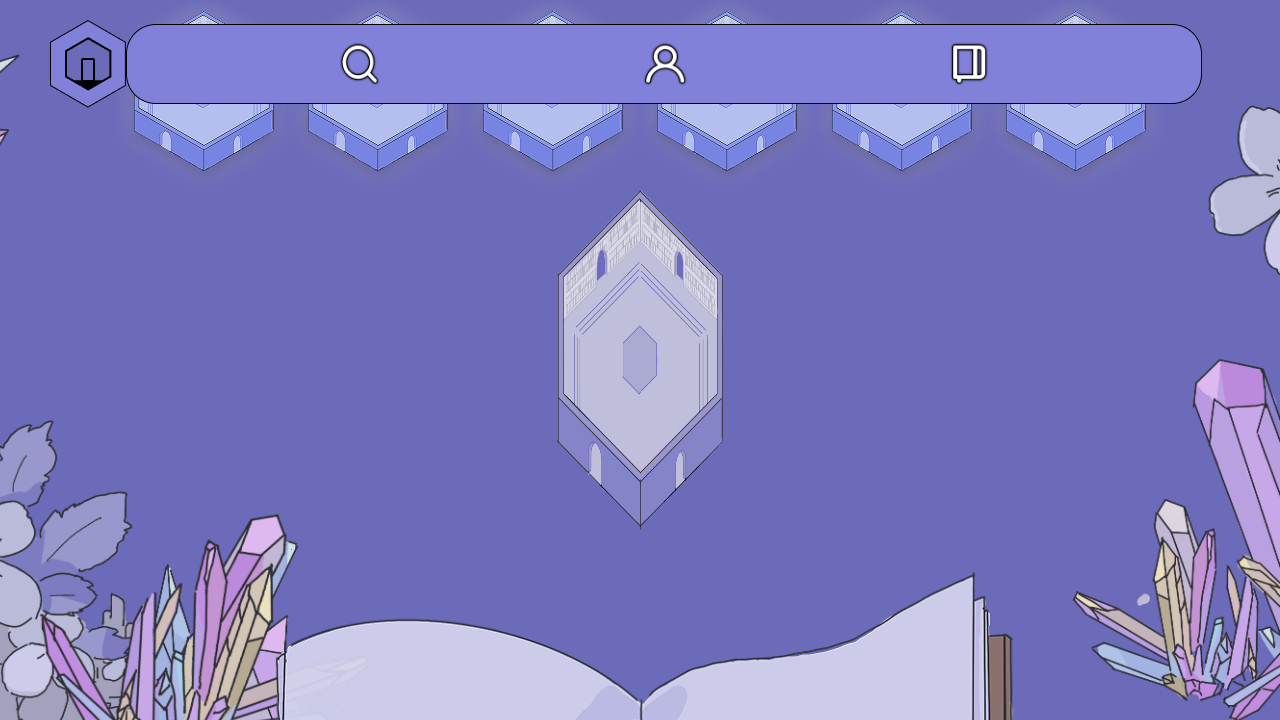
Repository: carolmmc/BabelLibrary
Page: find.html
An editor plug-in stored every save of this project. The page is shown before and after the next save, followed by the edit.
The browser window is 1280 px wide. The pictures show the window.
A layer covers the whole window, so only the first screen is drawn.

Above is the page before, as saved 2025-05-09 21:02:56.

### find.html
<!DOCTYPE html>
<html lang="zh-CN">
<head>
    <meta charset="UTF-8">
    <meta name="viewport" content="width=device-width, initial-scale=1.0">
    <style>
        * {
            margin: 0;
            padding: 0;
            box-sizing: border-box;
        }

        body {
            background: #6C6BB9;
            min-height: 100vh;
            font-family: 'PingFang SC', 'Microsoft YaHei', sans-serif;
        }

        .header {
            display: flex;
            justify-content: space-between;
            align-items: center;
            padding: 20px 50px;
            position: fixed;
            top: 0;
            left: 0;
            right: 0;
            z-index: 100;
        }

        .logo {
            width: 75.892px;
            height: 87.633px;
            flex-shrink: 0;
            object-fit: contain; /* 保持图片比例 */
        }

        /* 导航栏容器 */
        .nav-container {
            position: relative;
            width: 1076px;
            height: 80px;
        }

        /* 导航图标容器 */
        .nav-icons {
            position: absolute;
            top: 50%;
            left: 50%;
            transform: translate(-50%, -50%);
            display: flex;
            justify-content: space-between; /* 改用 space-between 实现均匀分布 */
            width: 60%; /* 控制图标分布的整体宽度范围 */
            z-index: 2;
        }

        /* 导航图标通用样式 */
        .nav-icon {
            flex-shrink: 0;
            cursor: pointer;
            filter: drop-shadow(0px 0px 1px #000);
            transition: transform 0.3s ease; /* 将过渡效果移到这里 */
        }

        /* 搜索图标 */
        .find-icon {
            width: 37px;
            height: 39px;
        }

        /* 我的图标 */
        .mine-icon {
            width: 40px;
            height: 39px;
        }

        /* 书架图标 */
        .shelf-icon {
            width: 34px;
            height: 39px;
        }

        /* 图标悬停效果 */
        .nav-icon:hover {
            transform: scale(1.1);
        }

        .content-center {
            position: absolute;
            top: 50%;
            left: 50%;
            transform: translate(-50%, -50%);
            text-align: center;
            width: 100%;
            display: flex;
            justify-content: center;
            align-items: center;
            height: 100vh;
        }

        .find-image-container {
            display: flex;
            width: 800px;  /* 增加宽度 */
            height: 800px; /* 增加高度，保持近似正方形 */
            flex-direction: column;
            justify-content: center;
            align-items: center;
            flex-shrink: 0;
            aspect-ratio: 1/1;  /* 修改为正方形比例 */
            padding: 20px;  /* 添加内边距 */
        }

        .find-main-image {
            width: 70%;
            height: 70%;
            position: relative;
            z-index: 2;
            cursor: pointer;
            transition: all 0.3s ease;
        }

        .find-main-image:hover {
            transform: scale(1.05);
        }

        .sub-images {
            position: absolute;
            top: 50%;
            left: 50%;
            transform: translate(-50%, -50%);
            width: 100%;
            height: 100%;
        object-fit: contain;
            filter: drop-shadow(0 0 10px rgba(255, 255, 255, 0.3));  /* 添加微光效果 */
}

        /* 底部装饰图样式 */
        .bottom-decoration {
            position: fixed;
            bottom: 0;
            left: 50%;
            transform: translateX(-50%);  /* 居中定位 */
            width: 1526px;  /* 使用原始宽度 */
            height: 859px;  /* 使用原始高度 */
            background: url('homepage frame1.png') bottom center no-repeat;
            background-size: contain;  /* 确保图片完整显示 */
            z-index: 1;
            animation: breath-animation 4s ease-in-out infinite;
        }

        /* 添加第二个装饰图样式 */
        .decoration-frame2 {
            position: fixed;
            bottom: 0;
            left: 50%;
            transform: translateX(-50%);
            width: 775px;
            height: 155px;
            flex-shrink: 0;
            aspect-ratio: 5/1;
            background: url('homepageframe2.png') center no-repeat;
            background-size: contain;
            z-index: 2; /* 确保显示在第一个装饰图之上 */
            animation: breath-animation 4s ease-in-out infinite;
        }

        /* 修改呼吸动画 */
        @keyframes breath-animation {
            0%, 100% {
                opacity: 0.9;
                transform: translateX(-50%) scale(1);  /* 保持居中的同时缩放 */
            }
            50% {
                opacity: 1;
                transform: translateX(-50%) scale(1.02);
            }
        }
    </style>
</head>
<body>
    <header class="header">
        <img src="logo.png" alt="巴别插画 Logo" class="logo">
        <div class="nav-container">
            <img src="navigate background.png" alt="导航栏" class="nav-background">
            <div class="nav-icons">
                <img src="find.png" alt="搜索" class="nav-icon find-icon">
                <img src="mine.png" alt="我的" class="nav-icon mine-icon">
                <img src="shelf.png" alt="书架" class="nav-icon shelf-icon">
            </div>
        </div>
        <div style="width: 150px;"></div>
    </header>

    <div class="content-center">
        <div class="find-image-container">
            <img src="find1.png" alt="查找" class="find-main-image" id="mainImage">
            <div class="sub-images">
                <img src="find2.png" alt="查找2-1" class="sub-image">
                <img src="find2.png" alt="查找2-2" class="sub-image">
                <img src="find2.png" alt="查找2-3" class="sub-image">
                <img src="find2.png" alt="查找2-4" class="sub-image">
                <img src="find2.png" alt="查找2-5" class="sub-image">
                <img src="find2.png" alt="查找2-6" class="sub-image">
            </div>
        </div>
    </div>
    <div class="bottom-decoration"></div>
    <div class="decoration-frame2"></div>
    <script>
        document.addEventListener('DOMContentLoaded', function() {
            const mainImage = document.getElementById('mainImage');
            const subImages = document.querySelectorAll('.sub-image');
            let isExpanded = false;

            mainImage.addEventListener('click', function() {
                if (!isExpanded) {
                    // 显示所有小图
                    subImages.forEach((img, index) => {
                        setTimeout(() => {
                            img.classList.add('visible');
                        }, index * 100); // 依次显示动画
                    });
                } else {
                    // 隐藏所有小图
                    subImages.forEach((img, index) => {
                        setTimeout(() => {
                            img.classList.remove('visible');
                        }, index * 100);
                    });
                }
                isExpanded = !isExpanded;
            });
        });
    </script>
</body>
</html>

After the next save:
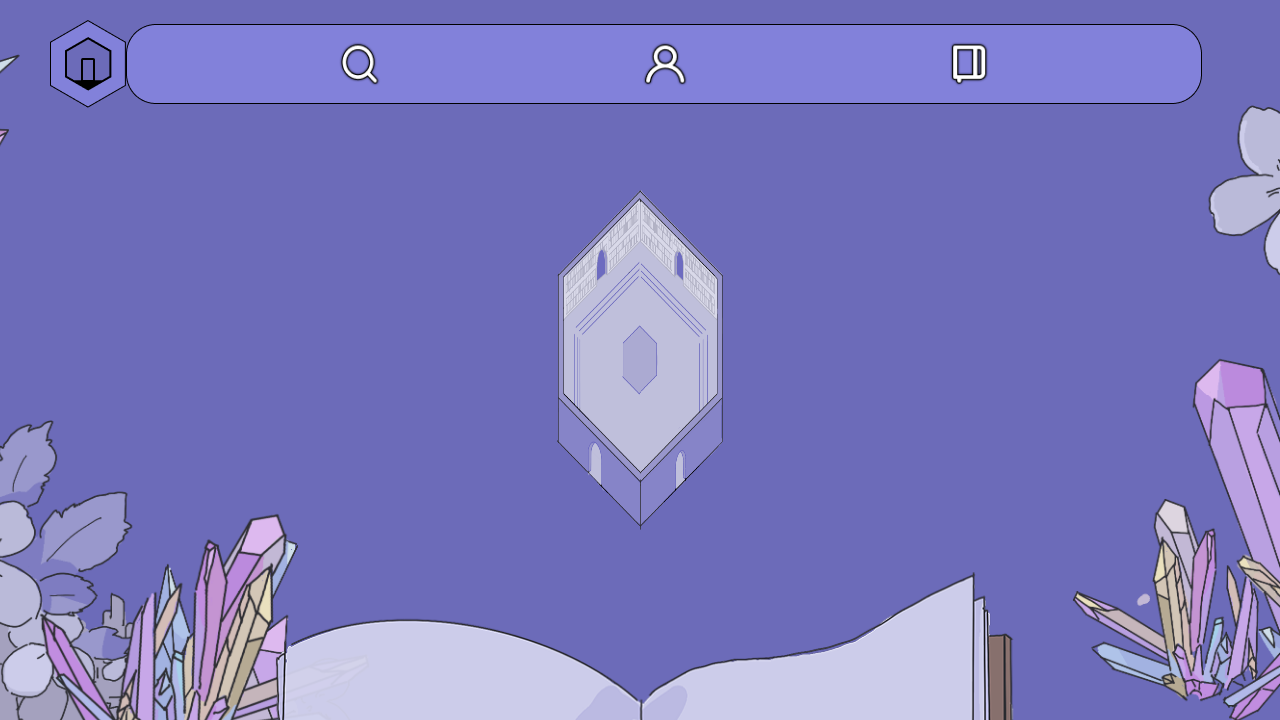
Console error: TypeError: Cannot read properties of null (reading 'addEventListener')
Saved 26 s later.
--- a/find.html
+++ b/find.html
@@ -193,15 +193,7 @@
 
     <div class="content-center">
         <div class="find-image-container">
-            <img src="find1.png" alt="查找" class="find-main-image" id="mainImage">
-            <div class="sub-images">
-                <img src="find2.png" alt="查找2-1" class="sub-image">
-                <img src="find2.png" alt="查找2-2" class="sub-image">
-                <img src="find2.png" alt="查找2-3" class="sub-image">
-                <img src="find2.png" alt="查找2-4" class="sub-image">
-                <img src="find2.png" alt="查找2-5" class="sub-image">
-                <img src="find2.png" alt="查找2-6" class="sub-image">
-            </div>
+            <img src="find1.png" alt="查找" class="find-main-image">
         </div>
     </div>
     <div class="bottom-decoration"></div>

After the save that followed:
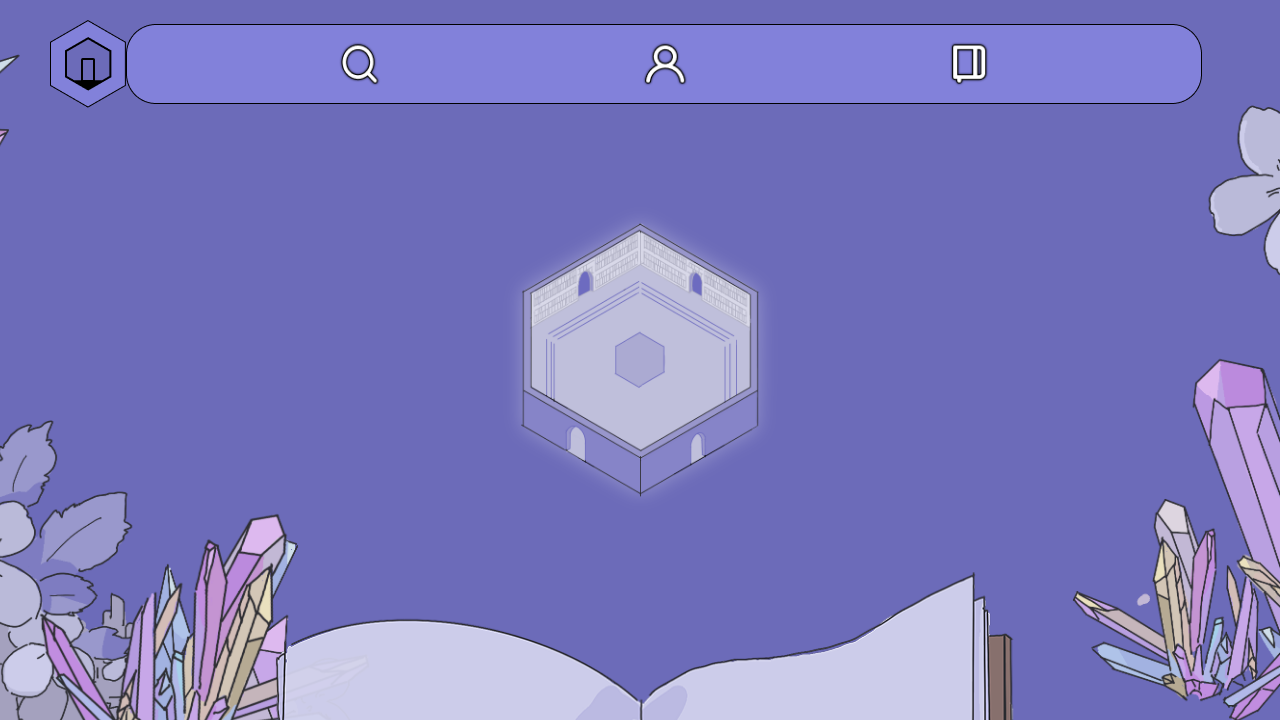
The error is gone.
Saved 30 s later.
--- a/find.html
+++ b/find.html
@@ -111,28 +111,11 @@
         }
 
         .find-main-image {
-            width: 70%;
-            height: 70%;
-            position: relative;
-            z-index: 2;
-            cursor: pointer;
-            transition: all 0.3s ease;
-        }
-
-        .find-main-image:hover {
-            transform: scale(1.05);
-        }
-
-        .sub-images {
-            position: absolute;
-            top: 50%;
-            left: 50%;
-            transform: translate(-50%, -50%);
             width: 100%;
             height: 100%;
-        object-fit: contain;
+            object-fit: contain;
             filter: drop-shadow(0 0 10px rgba(255, 255, 255, 0.3));  /* 添加微光效果 */
-}
+        }
 
         /* 底部装饰图样式 */
         .bottom-decoration {
@@ -198,31 +181,5 @@
     </div>
     <div class="bottom-decoration"></div>
     <div class="decoration-frame2"></div>
-    <script>
-        document.addEventListener('DOMContentLoaded', function() {
-            const mainImage = document.getElementById('mainImage');
-            const subImages = document.querySelectorAll('.sub-image');
-            let isExpanded = false;
-
-            mainImage.addEventListener('click', function() {
-                if (!isExpanded) {
-                    // 显示所有小图
-                    subImages.forEach((img, index) => {
-                        setTimeout(() => {
-                            img.classList.add('visible');
-                        }, index * 100); // 依次显示动画
-                    });
-                } else {
-                    // 隐藏所有小图
-                    subImages.forEach((img, index) => {
-                        setTimeout(() => {
-                            img.classList.remove('visible');
-                        }, index * 100);
-                    });
-                }
-                isExpanded = !isExpanded;
-            });
-        });
-    </script>
 </body>
 </html>
